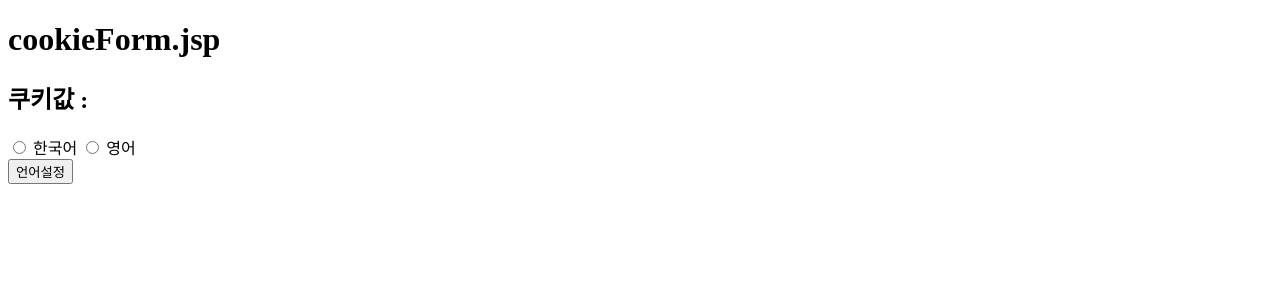
Repository: HeeYoung9/young9
Page: http://localhost/JSP7/jsp/cookieForm.jsp
These files come from the project's save history. The page is drawn as it stood at one moment and after the next save; the edit follows.
The browser window is 1280 px wide. The pictures show the whole page.
The page is served by Tomcat 9.

Above is the page before, as saved 2023-08-25 01:14:19.

After the next save:
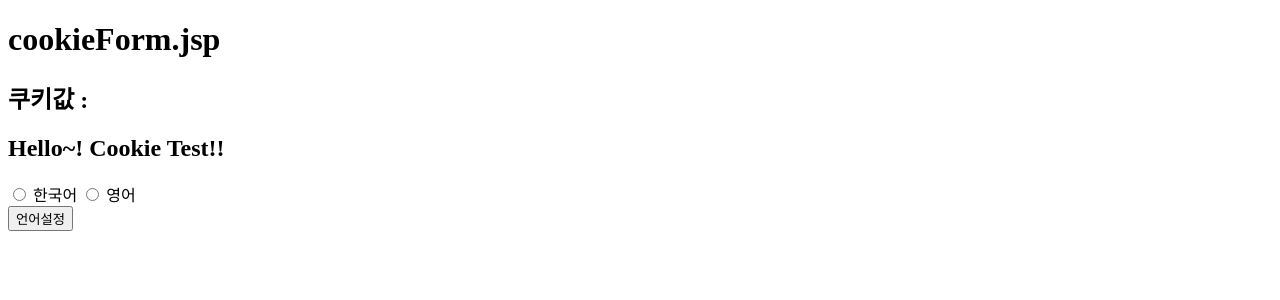
Saved 2 min 22 s later.
--- a/JSP7/src/main/webapp/jsp/cookieForm.jsp
+++ b/JSP7/src/main/webapp/jsp/cookieForm.jsp
@@ -28,6 +28,18 @@
 %>
 
 <h2> 쿠키값 : <%= value %> </h2>
+
+<%
+	if(value.equals("kor")){
+		%>
+		<h2> 안녕하세요! 쿠키 테스트 입니다! </h2>
+		<%
+	}else{
+%>
+		<h2> Hello~! Cookie Test!! </h2>
+		<%
+		}
+		%>
 <!-- action속성값이 없을 경우 자신의 페이지 호출 -->
 
 <form action="cookiePro.jsp" method="get" >
